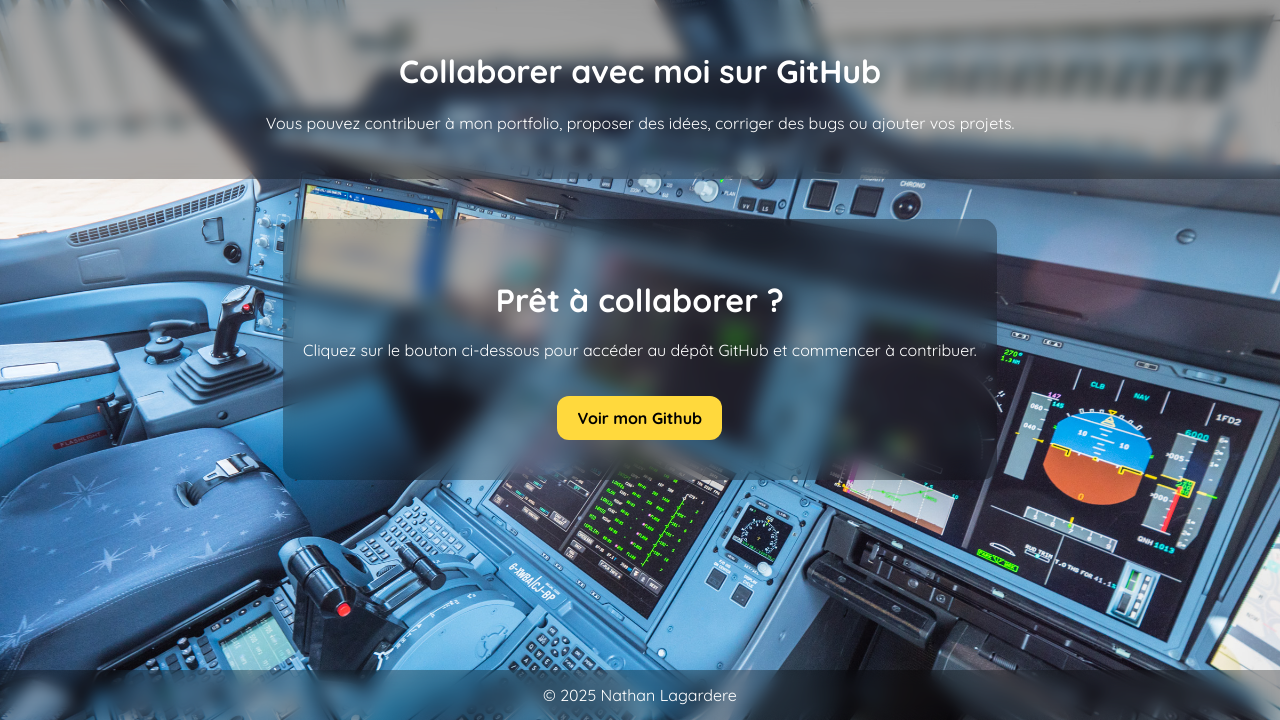
Repository: nlagardere/myportfolio
Page: collaborate.html
An editor plug-in stored every save of this project. The page is shown before and after the next save, followed by the edit.
The browser window is 1280 px wide. The pictures show the whole page.

Above is the page before, as saved 2025-09-07 11:54:03.

### collaborate.html
<!DOCTYPE html>
<html lang="fr">
<head>
  <meta charset="UTF-8">
  <meta name="viewport" content="width=device-width, initial-scale=1.0">
  <title>Collaborer avec moi</title>

  <link href="https://fonts.googleapis.com/css2?family=Exo+2:wght@400;700&family=Quicksand:wght@400;700&display=swap" rel="stylesheet">
  <link rel="stylesheet" href="https://cdnjs.cloudflare.com/ajax/libs/font-awesome/6.5.0/css/all.min.css">

  <style>
    body {
      font-family: 'Quicksand', sans-serif;
      margin: 0;
      padding: 0;
      min-height: 100vh;
      display: flex;
      flex-direction: column;
      background: url('a350.jpg') no-repeat center center;
      background-size: cover;
      color: #fff;
    }

    header {
      text-align: center;
      padding: 30px 20px;
      background: rgba(0,0,0,0.3);
      backdrop-filter: blur(8px);
    }

    .glasscard {
      background: rgba(0, 0, 0, 0.3);
      border-radius: 15px;
      padding: 40px 20px;
      margin: 40px auto;
      max-width: 800px;
      backdrop-filter: blur(10px);
      box-shadow: 0 4px 30px rgba(0,0,0,0.1);
      text-align: center;
      color: white;
      animation: zoomPop 1s ease forwards;
    }

    .glasscard h1 {
      margin-bottom: 20px;
    }

    .btn-github {
      display: inline-block;
      padding: 12px 20px;
      background: #FFD93D;
      color: #000;
      font-weight: bold;
      text-decoration: none;
      border-radius: 12px;
      margin-top: 20px;
      transition: transform 0.2s;
    }

    .btn-github:hover {
      transform: scale(1.05);
    }

    @keyframes zoomPop {
      0% { opacity: 0; transform: scale(0.1) translateZ(-800px); }
      60% { opacity: 1; transform: scale(1.2) translateZ(50px); }
      80% { transform: scale(0.95) translateZ(0); }
      100% { opacity: 1; transform: scale(1) translateZ(0); }
    }

    .footer{
      text-align: center;
      padding: 15px 20px;
      background: rgba(0,0,0,0.3);
      backdrop-filter: blur(8px);
      color: white;
      margin-top: auto;
    }

  </style>
</head>
<body>
  <header>
    <h1>Collaborer avec moi sur GitHub</h1>
    <p>Vous pouvez contribuer à mon portfolio, proposer des idées, corriger des bugs ou ajouter vos projets.</p>
  </header>

  <div class="glasscard">
    <h1>Prêt à collaborer ?</h1>
    <p>Cliquez sur le bouton ci-dessous pour accéder au dépôt GitHub et commencer à contribuer.</p>
    <a class="btn-github" href="https://github.com/nlagardere/" target="_blank">Voir mon Github</a>
  </div>

  <div class="footer">
    © 2025 Nathan Lagardere
  </div>
</body>
</html>

After the next save:
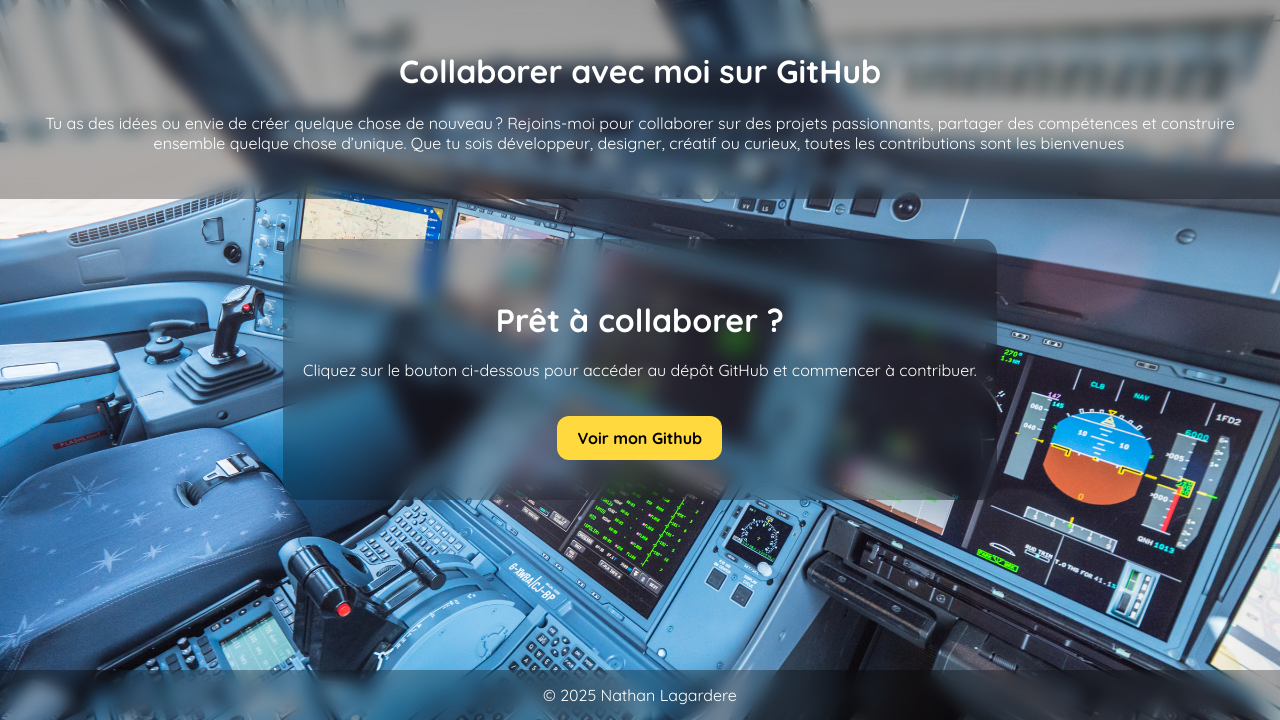
Saved 51 s later.
--- a/collaborate.html
+++ b/collaborate.html
@@ -82,7 +82,7 @@
 <body>
   <header>
     <h1>Collaborer avec moi sur GitHub</h1>
-    <p>Vous pouvez contribuer à mon portfolio, proposer des idées, corriger des bugs ou ajouter vos projets.</p>
+    <p>Tu as des idées ou envie de créer quelque chose de nouveau ? Rejoins-moi pour collaborer sur des projets passionnants, partager des compétences et construire ensemble quelque chose d’unique. Que tu sois développeur, designer, créatif ou curieux, toutes les contributions sont les bienvenues </p>
   </header>
 
   <div class="glasscard">

After the save that followed:
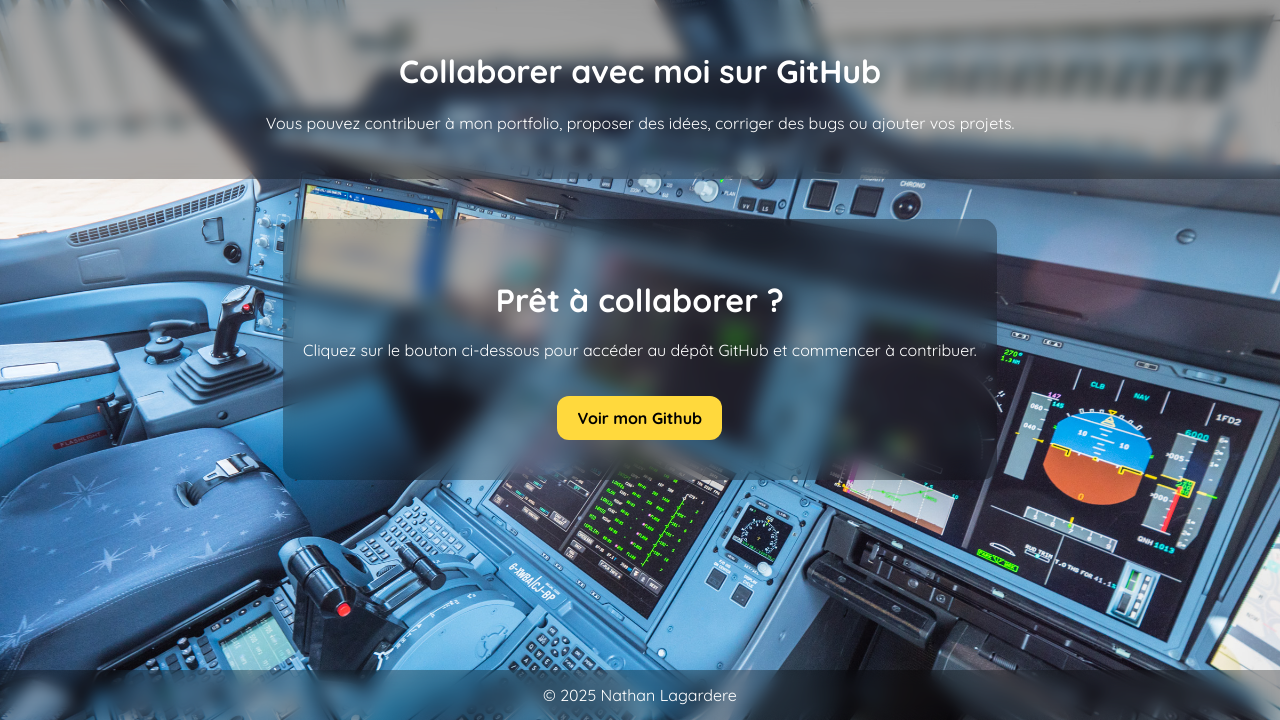
Saved 6 s later.
--- a/collaborate.html
+++ b/collaborate.html
@@ -82,7 +82,7 @@
 <body>
   <header>
     <h1>Collaborer avec moi sur GitHub</h1>
-    <p>Tu as des idées ou envie de créer quelque chose de nouveau ? Rejoins-moi pour collaborer sur des projets passionnants, partager des compétences et construire ensemble quelque chose d’unique. Que tu sois développeur, designer, créatif ou curieux, toutes les contributions sont les bienvenues </p>
+    <p>Vous pouvez contribuer à mon portfolio, proposer des idées, corriger des bugs ou ajouter vos projets.</p>
   </header>
 
   <div class="glasscard">
